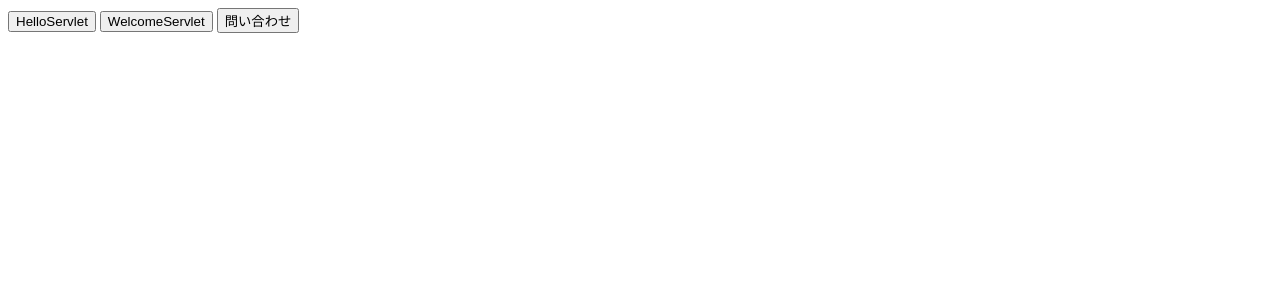
Repository: yoshimi-takeuchi/test
Page: http://localhost/HelloServlet/
An editor plug-in stored every save of this project. The page is shown before and after the next save, followed by the edit.
The browser window is 1280 px wide. The pictures show the whole page.
The page is served by Tomcat 9. Other server files are loaded and not shown.

Above is the page before, as saved 2019-01-31 05:47:39.

### HelloServlet/WebContent/index.jsp
<%@ page language="java" contentType="text/html; charset=UTF-8"
    pageEncoding="UTF-8"%>
<!DOCTYPE html>
	<html>
		<head>
		<meta charset="UTF-8">
		<title>HelloServlet</title>
		</head>
	<body>

		<input type="button" value="HelloServlet" onClick="location.href='HelloServlet'">
		<input type="button" value="WelcomeServlet" onClick="location.href='welcome.jsp'">
		<input type="button" value="問い合わせ" onClick="location.href='inquiry.jsp'">

	</body>
</html>

After the next save:
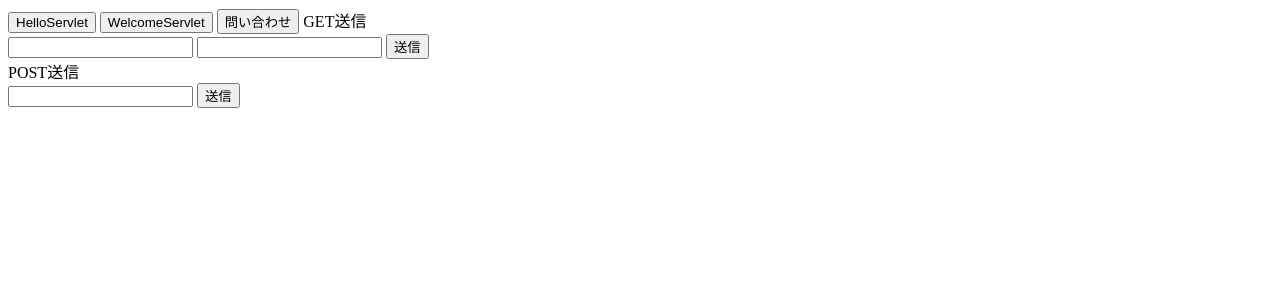
Saved 37 min 36 s later.
--- a/HelloServlet/WebContent/index.jsp
+++ b/HelloServlet/WebContent/index.jsp
@@ -12,5 +12,18 @@
 		<input type="button" value="WelcomeServlet" onClick="location.href='welcome.jsp'">
 		<input type="button" value="問い合わせ" onClick="location.href='inquiry.jsp'">
 
+		GET送信
+		<form method="get" action="TestServlet">
+			<input type="text" name="username">
+			<input type="password" name="password">
+			<input type="submit" value="送信">
+		</form>
+
+		POST送信
+		<form method="post" action="TestServlet">
+			<input type="text" name="username">
+			<input type="submit" value="送信">
+		</form>
+
 	</body>
 </html>
